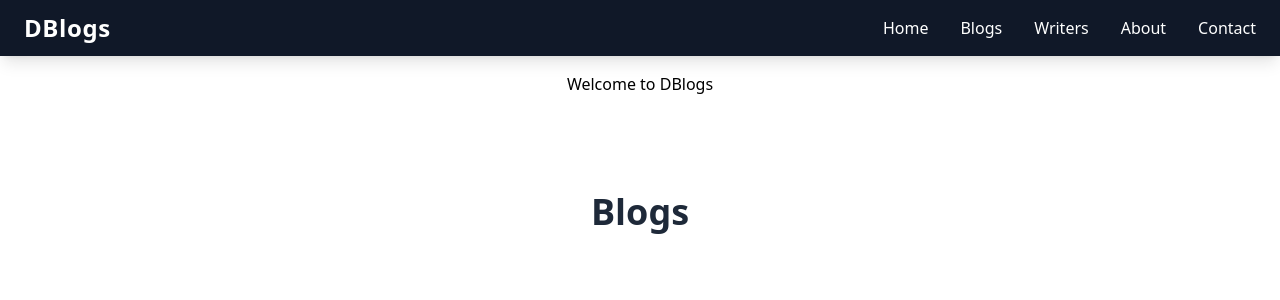
Repository: Devanshk9/DBlogs
Page: / (app in client/)
These files come from the project's save history. The page is drawn as it stood at one moment and after the next save; the edit follows.
The browser window is 1280 px wide. The pictures show the whole page.
The page's requests for data from a server got no answer. The project was rebuilt for these pictures with package versions that can differ from the ones it lists, and the page was loaded fresh each time. No one was signed in, and anything a server would have sent is missing. Also part of the build but not shown: client/vite.config.js, client/src/pages/Writers.jsx.

Above is the page before, as saved 2025-08-31 21:53:06.

After the next save:
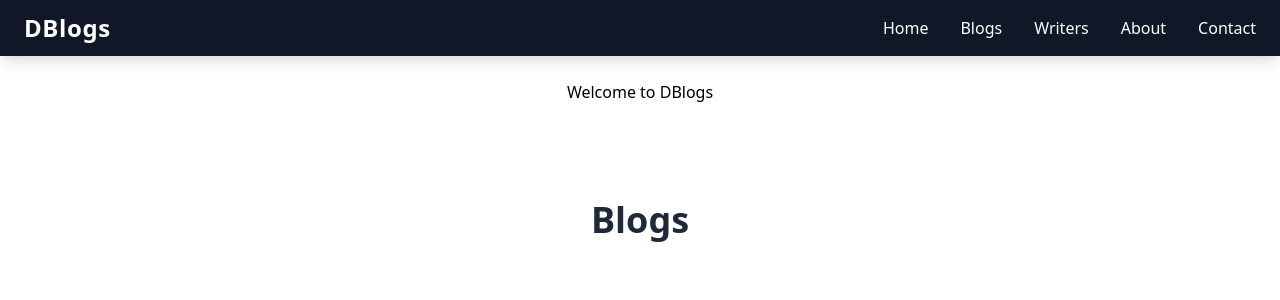
Saved 7 s later.
--- a/client/src/pages/Home.jsx
+++ b/client/src/pages/Home.jsx
@@ -13,7 +13,7 @@
 
       <Navbar />
       <div className="flex flex-col items-center">
-        <h1 className="mt-4">Welcome to DBlogs</h1>
+        <h1 className="mt-6">Welcome to DBlogs</h1>
         <Blogs />
       </div>
     </div>
